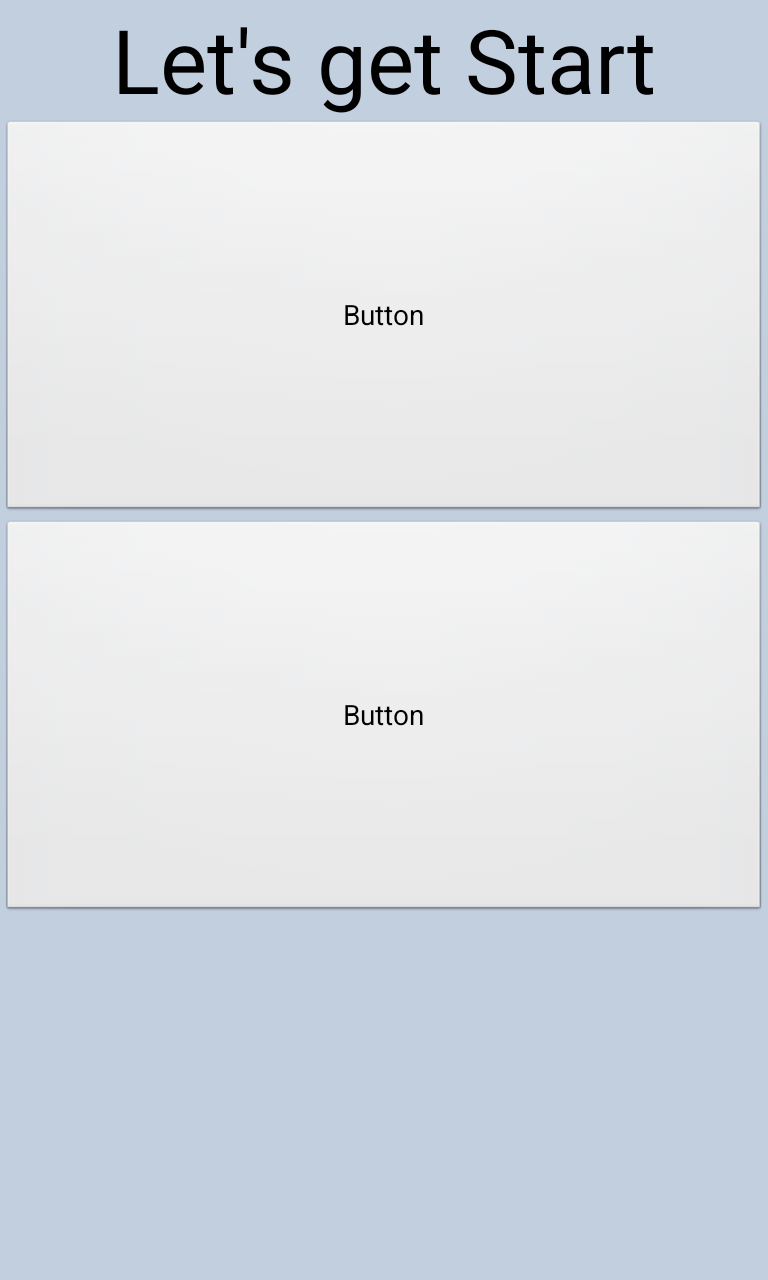
Repository: parinya1968/My-project
Layout: DroidWork/getBig/res/layout/profilemenu.xml
The author's editor kept a copy of each file at every save. The layout is drawn from the files as they stood at one save, then again after the next save.
It is drawn on a 768 x 1280 px phone screen (xhdpi) without system bars, with theme android:Theme.NoTitleBar.Fullscreen; the app's code is not run.

Above is the layout before, as saved 2012-06-20 03:13:49.

### DroidWork/getBig/res/layout/profilemenu.xml
<?xml version="1.0" encoding="utf-8"?>
<LinearLayout xmlns:android="http://schemas.android.com/apk/res/android"
    android:layout_width="fill_parent"
    android:layout_height="fill_parent"
    android:background="#C2CFDF"
    android:orientation="vertical" >

    <TextView
        android:layout_width="wrap_content"
        android:layout_height="wrap_content"
        android:layout_gravity="center_horizontal"
        android:text="Let&apos;s get Start"
        android:textColor="#000000"
        android:textSize="20pt" />



    <LinearLayout
        android:layout_width="match_parent"
        android:layout_height="wrap_content"
        android:layout_weight="0.32"
        android:orientation="vertical" >




        <Button
            android:id="@+id/button1"
            android:layout_width="match_parent"
            android:layout_height="200dp"
            android:text="Button" />

        <Button
            android:id="@+id/button2"
            android:layout_width="match_parent"
            android:layout_height="200dp"
            android:text="Button" />

    </LinearLayout>

</LinearLayout>

After the next save:
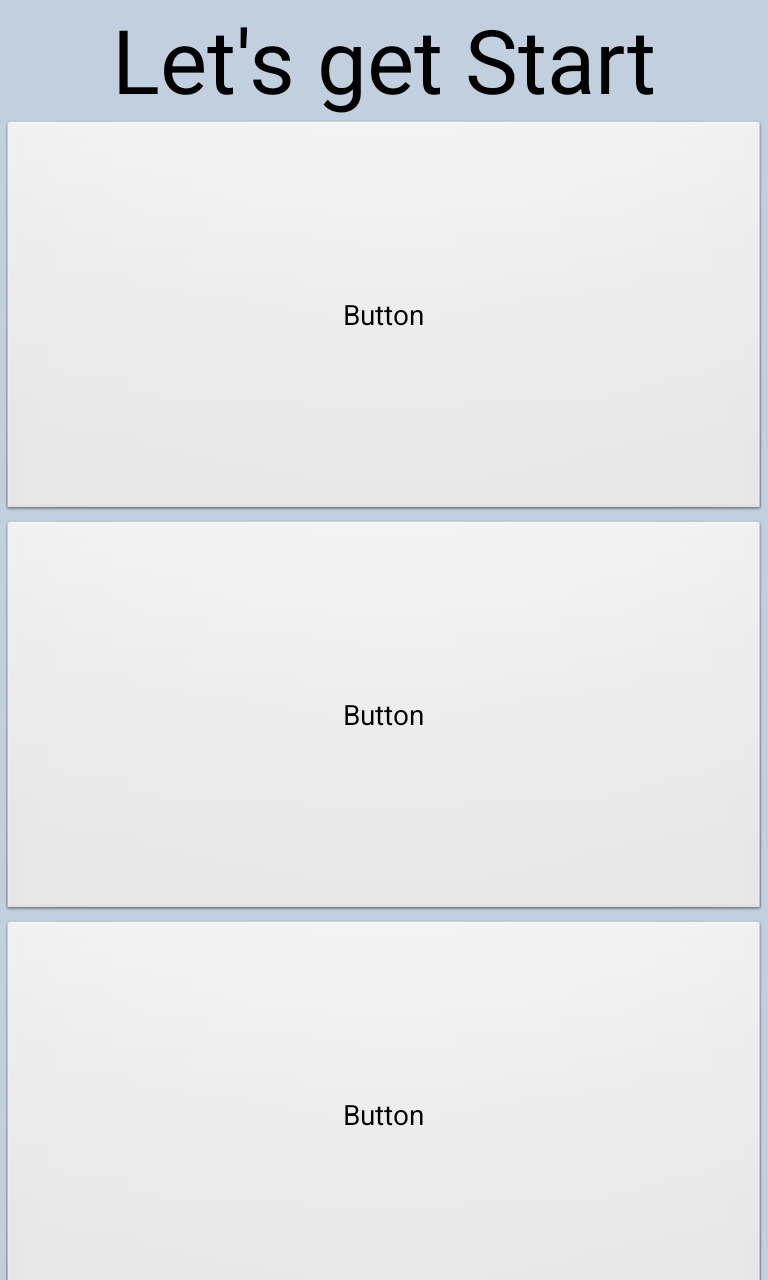
Saved 29 s later.
--- a/DroidWork/getBig/res/layout/profilemenu.xml
+++ b/DroidWork/getBig/res/layout/profilemenu.xml
@@ -36,6 +36,12 @@
             android:layout_height="200dp"
             android:text="Button" />
 
+        <Button
+            android:id="@+id/button3"
+            android:layout_width="match_parent"
+            android:layout_height="200dp"
+            android:text="Button" />
+
     </LinearLayout>
 
 </LinearLayout>
